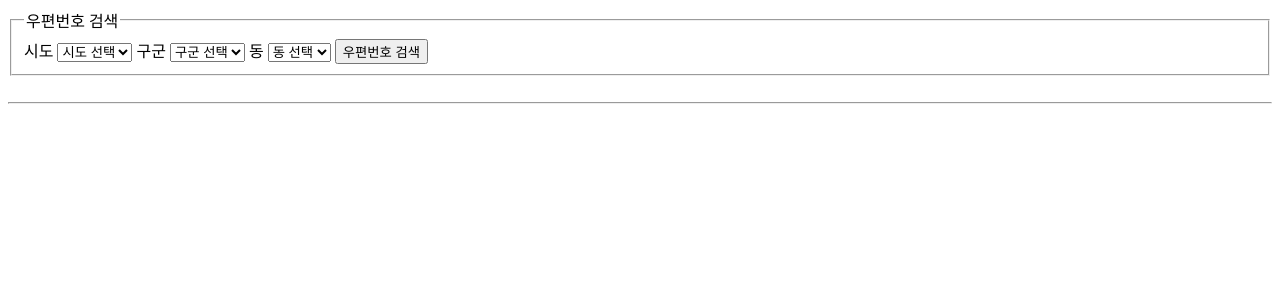
Repository: popconnect/jQuery
Page: http://localhost/jQueryUiEx03/zipcodeEx02.jsp
The author's editor kept a copy of each file at every save. The page is drawn from the files as they stood at one save, then again after the next save.
The browser window is 1280 px wide. The pictures show the whole page.
The page is served by Tomcat 9.

Above is the page before, as saved 2023-05-17 05:40:01.

After the next save:
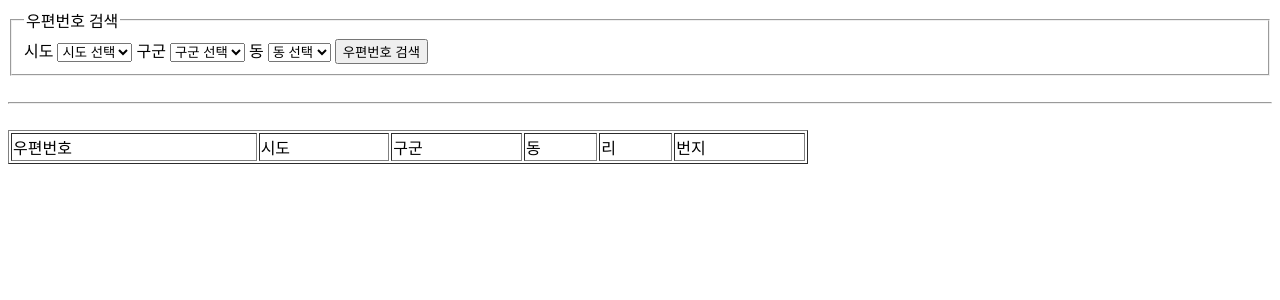
Saved 56 s later.
--- a/jQueryUiEx03/src/main/webapp/zipcodeEx02.jsp
+++ b/jQueryUiEx03/src/main/webapp/zipcodeEx02.jsp
@@ -24,5 +24,14 @@
 <button id="btn">우편번호 검색</button>
 </fieldset>
 <br><hr><br>
+<table border="1" width="800">
+<tr>
+<td>우편번호</td>
+<td>시도</td>
+<td>구군</td>
+<td>동</td>
+<td>리</td>
+<td>번지</td>
+</table>
 </body>
 </html>
